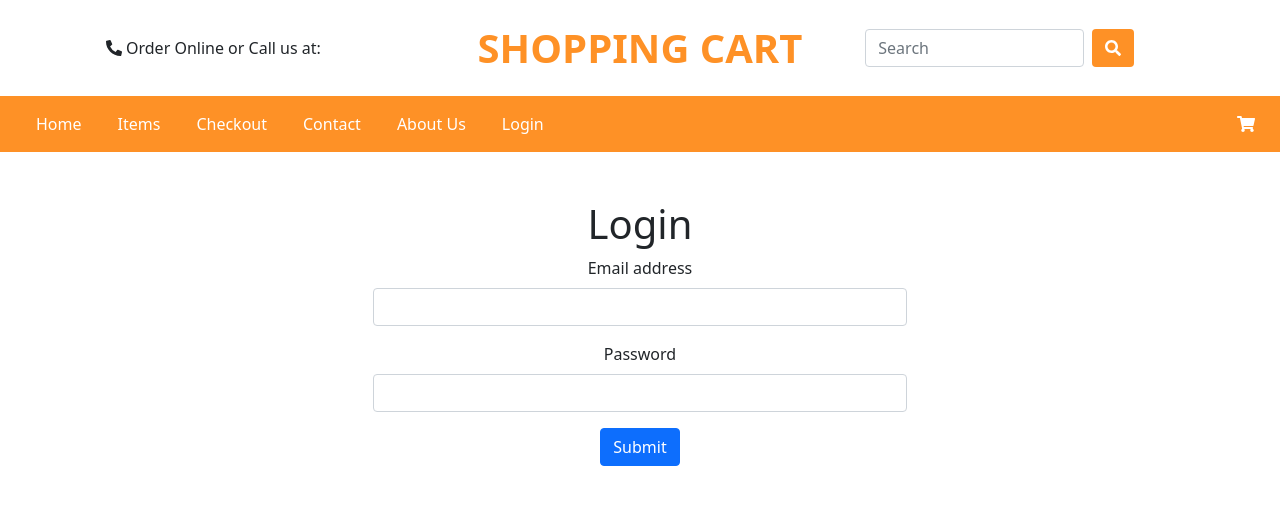
Repository: SaudCh/React-Ecommerce
Page: /login
These files come from the project's save history. The page is drawn as it stood at one moment and after the next save; the edit follows.
The browser window is 1280 px wide. The pictures show the whole page.
The project was rebuilt for these pictures with package versions that can differ from the ones it lists, and the page was loaded fresh each time. Also part of the build but not shown: src/App.css, src/Home/Carousel.jsx, src/Home/home.jsx.

Above is the page before, as saved 2021-12-05 19:15:10.

After the next save:
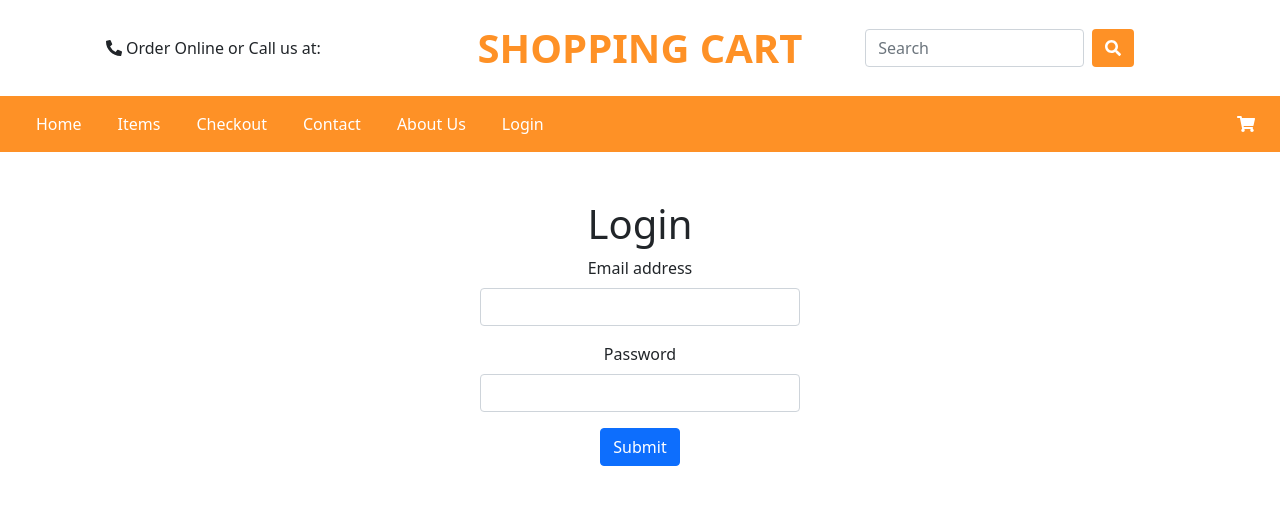
Saved 8 s later.
--- a/src/Login/Login.jsx
+++ b/src/Login/Login.jsx
@@ -4,7 +4,7 @@ export default function Login() {
   return (
     <div className="text-center py-5">
       <p className="p-0 m-0 h1 mb-2">Login</p>
-      <form className="col-12 col-sm-6 col-md-5" style={{ margin: "0px auto" }}>
+      <form className="col-12 col-sm-6 col-md-3" style={{ margin: "0px auto" }}>
         <div class="mb-3">
           <label for="exampleInputEmail1" class="form-label">
             Email address
